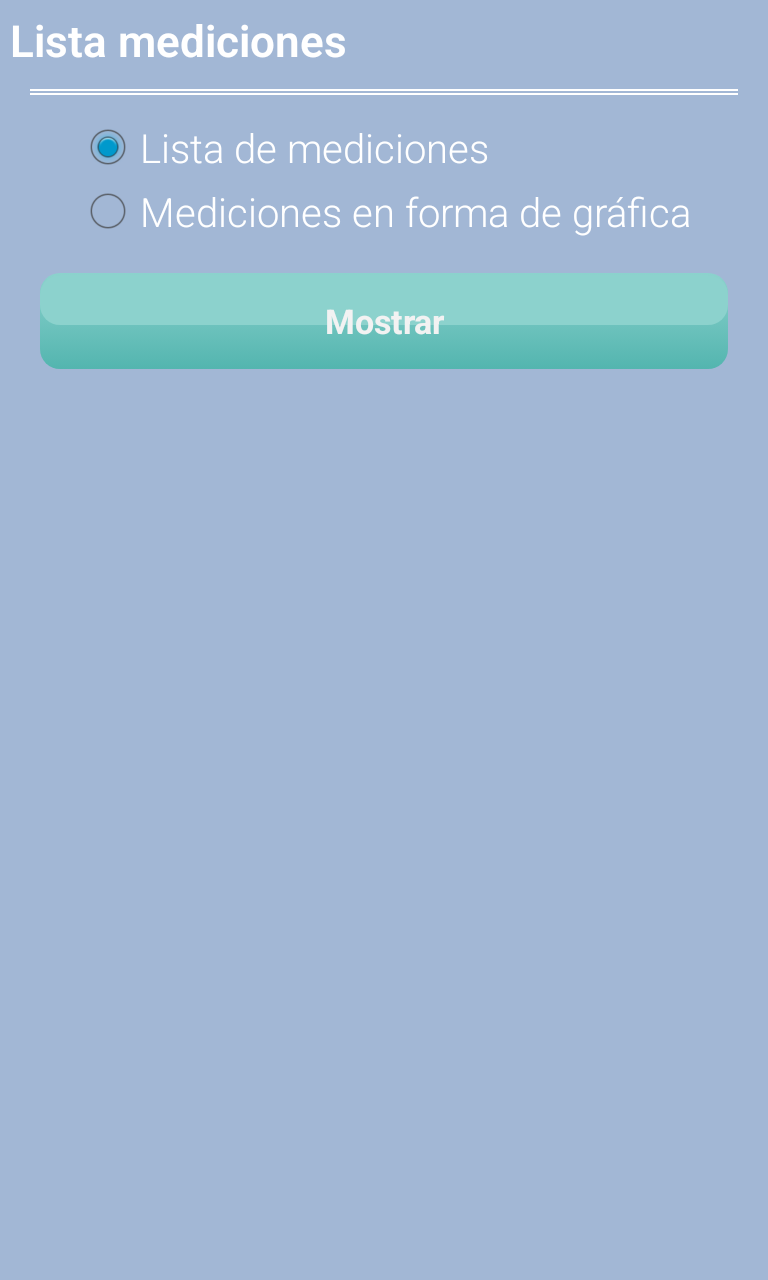
Repository: HectorGarciaMiguel/ssii-diabetes-060036
Layout: SeguimientoDiabetes/res/layout/activity_opciones_mostrar_mediciones.xml
These files come from the project's save history. The layout is drawn as it stood at one moment and after the next save; the edit follows.
It is drawn on a 768 x 1280 px phone screen (xhdpi) without system bars, with theme AppTheme; the app's code is not run.

Above is the layout before, as saved 2015-11-20 10:52:50.

After the next save:
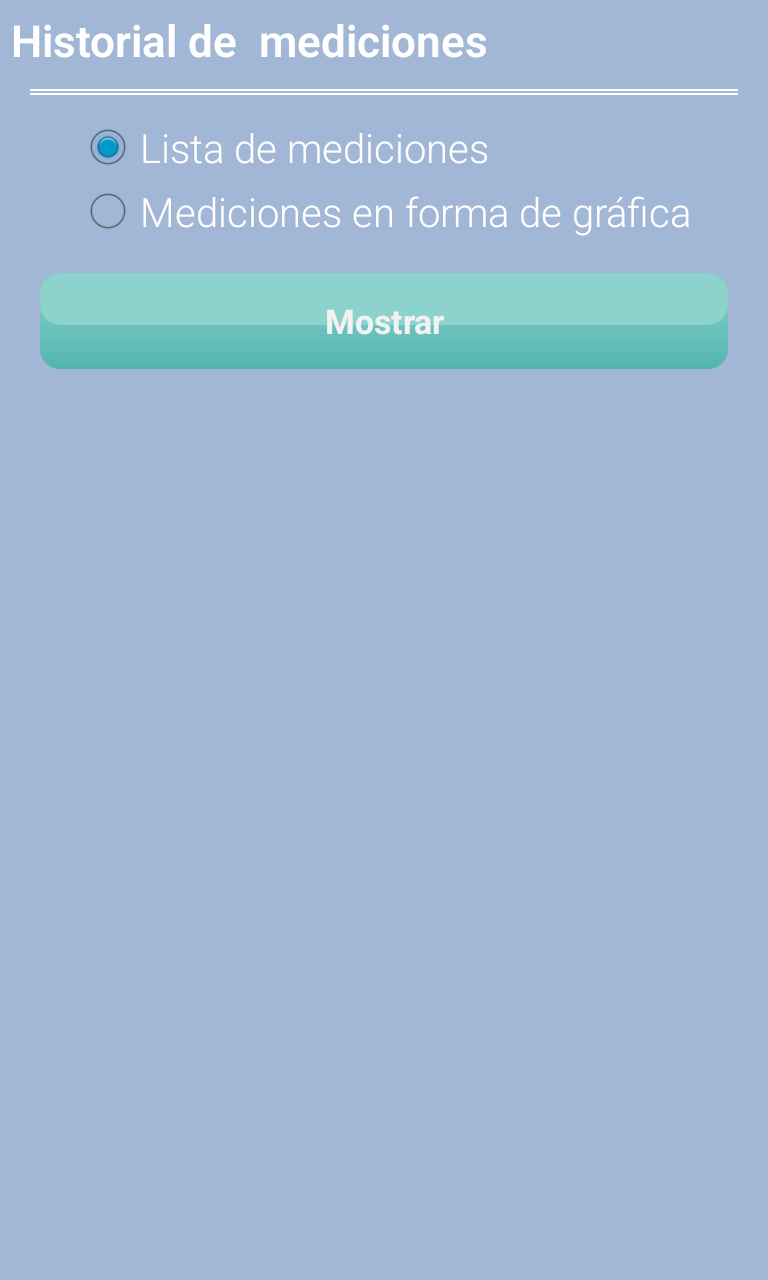
Saved 2 min 23 s later.
--- a/SeguimientoDiabetes/res/layout/activity_opciones_mostrar_mediciones.xml
+++ b/SeguimientoDiabetes/res/layout/activity_opciones_mostrar_mediciones.xml
@@ -22,7 +22,7 @@
             android:layout_width="wrap_content"
             android:layout_height="wrap_content"
         	android:gravity="center"
-            android:text="Lista mediciones"
+            android:text="Historial de  mediciones"
            	style="@style/RobotoStyleTextViewNegrita" />
 
     </LinearLayout>
